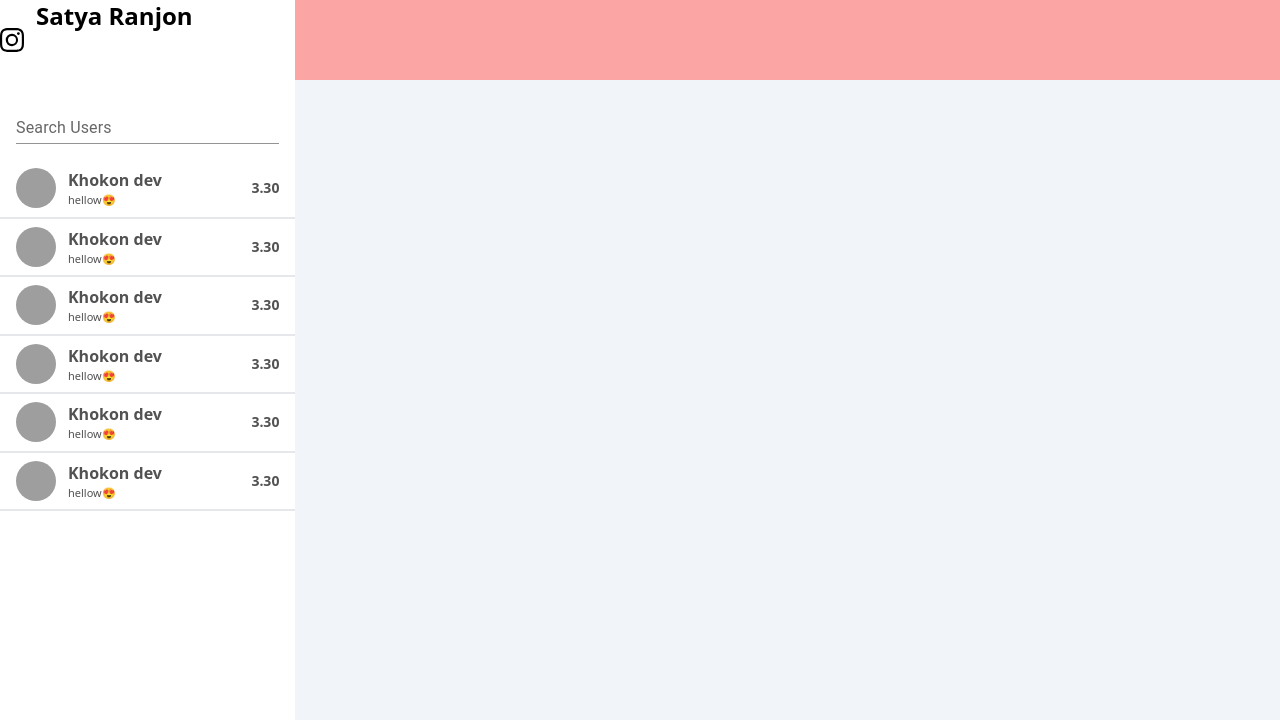
Repository: satya-ranjon/Instagram-clone-dev
Page: /inbox
An editor plug-in stored every save of this project. The page is shown before and after the next save, followed by the edit.
The browser window is 1280 px wide. The pictures show the whole page.
Pictures or frames that could not be fetched are drawn as grey boxes. The project was rebuilt for these pictures with package versions that can differ from the ones it lists, and the page was loaded fresh each time. Also part of the build but not shown: src/components/RightSideBar.jsx, src/components/Home/SinglePost.jsx, src/components/Home/PostList.jsx, src/components/Home/closeBtn.jsx, src/components/Home/newPostSectionOne.jsx, src/components/Home/NewPost.jsx, src/components/Home/Home.jsx, src/Assets/Logo.jsx and 8 more.

Above is the page before, as saved 2022-04-23 03:48:17.

After the next save:
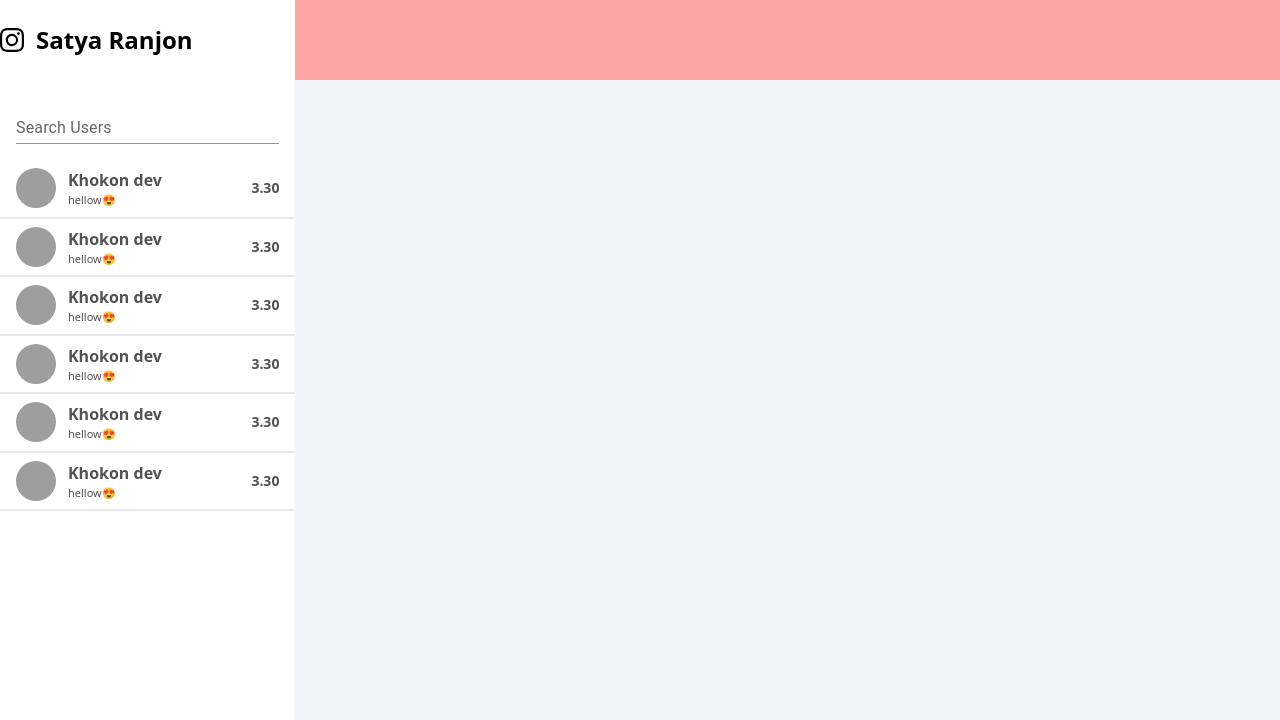
Saved 6 s later.
--- a/src/components/Inbox/InboxContainer.jsx
+++ b/src/components/Inbox/InboxContainer.jsx
@@ -13,7 +13,7 @@
           <div className=" fixed top-0 h-20 bg-white w-full z-10 flex">
             <div className="w-96 h-full flex space-x-3">
               <BsInstagram className="text-2xl my-auto" />
-              <p className=" font-semibold text-2xl">Satya Ranjon </p>
+              <p className=" font-semibold text-2xl my-auto">Satya Ranjon </p>
             </div>
             <div className="w-full h-full bg-red-300"></div>
           </div>
